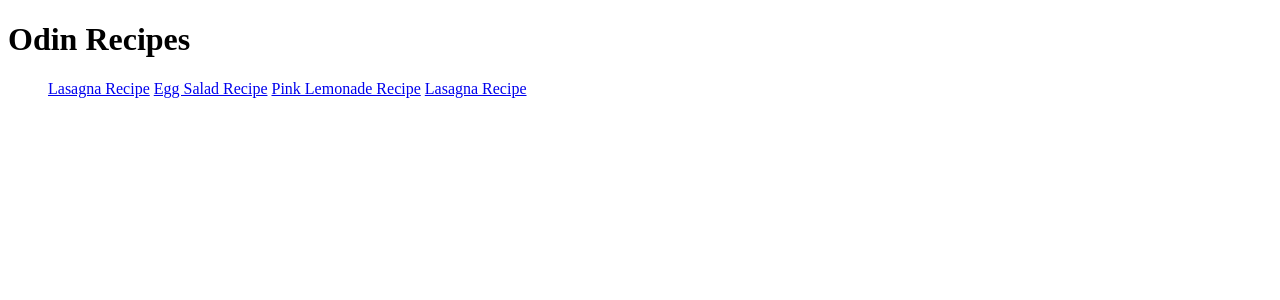
Repository: rsoetydev/odin-recipes
Page: index.html
These files come from the project's save history. The page is drawn as it stood at one moment and after the next save; the edit follows.
The browser window is 1280 px wide. The pictures show the whole page.

Above is the page before, as saved 2023-11-25 11:31:16.

### index.html
<!DOCTYPE html>
<html lang="en">
<head>
    <meta charset="UTF-8">
    <meta name="viewport" content="width=device-width, initial-scale=1.0">
    <title>Odin Recipes</title>
</head>
<body>
    <h1>Odin Recipes</h1>
    <ul>
        <a href="recipes/lasagna.html">Lasagna Recipe</a>
        <a href="recipes/eggsalad.html">Egg Salad Recipe</a>
        <a href="recipes/pinklemonade.html">Pink Lemonade Recipe</a>
    <a href="recipes/lasagna.html">Lasagna Recipe</a>

</body>
</html>

After the next save:
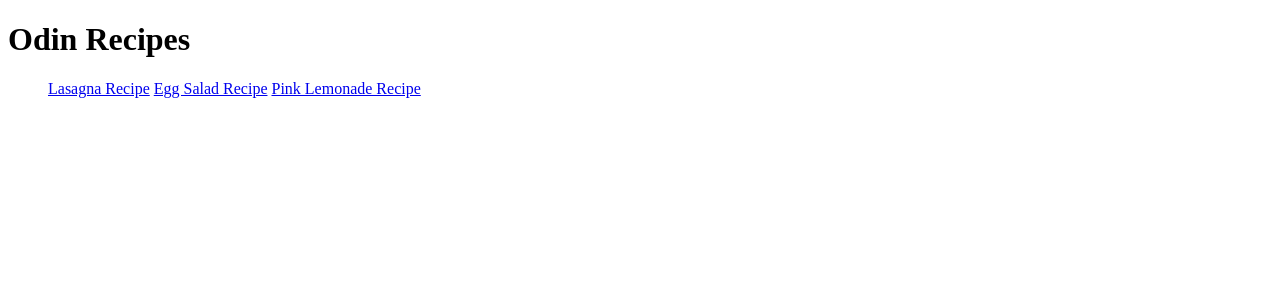
Saved 12 s later.
--- a/index.html
+++ b/index.html
@@ -8,10 +8,10 @@
 <body>
     <h1>Odin Recipes</h1>
     <ul>
-        <a href="recipes/lasagna.html">Lasagna Recipe</a>
-        <a href="recipes/eggsalad.html">Egg Salad Recipe</a>
-        <a href="recipes/pinklemonade.html">Pink Lemonade Recipe</a>
     <a href="recipes/lasagna.html">Lasagna Recipe</a>
+    <a href="recipes/eggsalad.html">Egg Salad Recipe</a>
+    <a href="recipes/pinklemonade.html">Pink Lemonade Recipe</a>
+    </ul>
 
 </body>
 </html>
